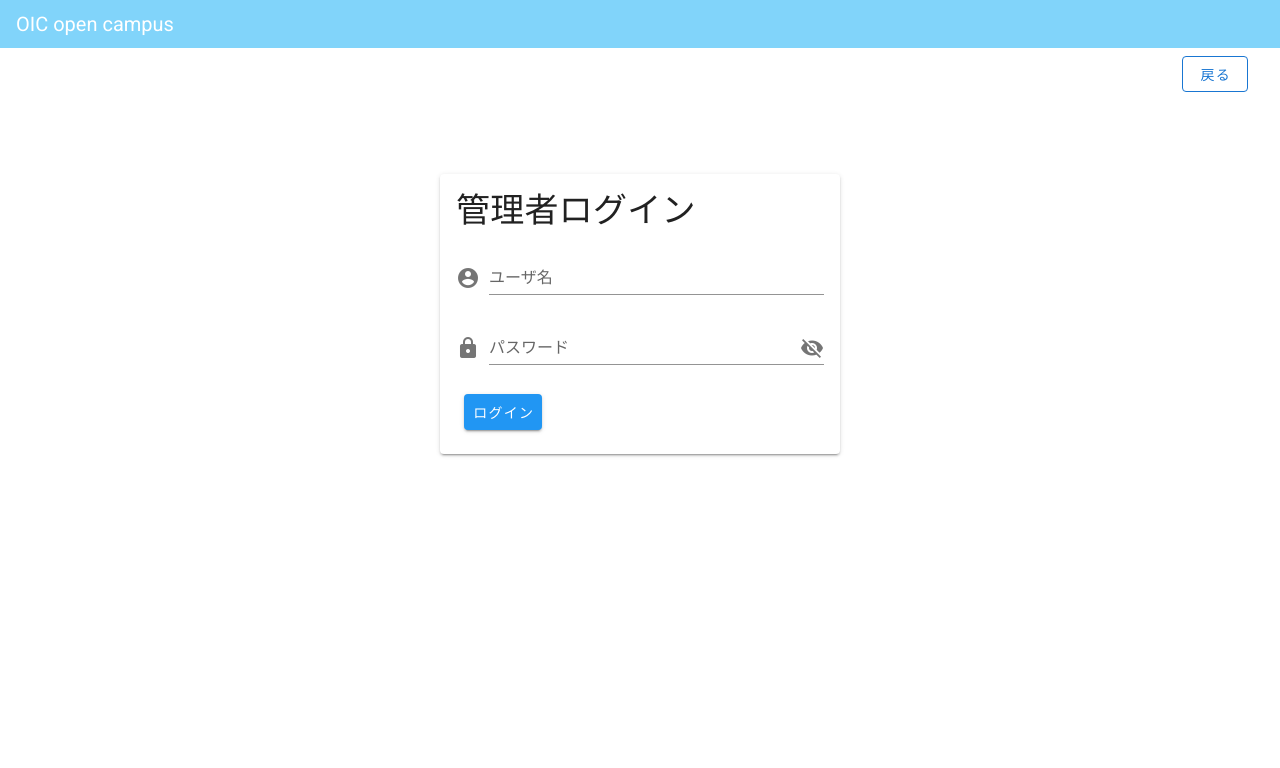
Repository: taniwhy/open-campus-system
Page: /#/login (app in client_view/)
These files come from the project's save history. The page is drawn as it stood at one moment and after the next save; the edit follows.
The browser window is 1280 px wide. The pictures show the whole page.
The project was rebuilt for these pictures with package versions that can differ from the ones it lists, and the page was loaded fresh each time. Also part of the build but not shown: client_view/vue.config.js, client_view/src/components/Home.vue, client_view/src/components/Branch.vue, client_view/src/components/Register.vue.

Above is the page before, as saved 2019-11-28 10:54:51.

After the next save:
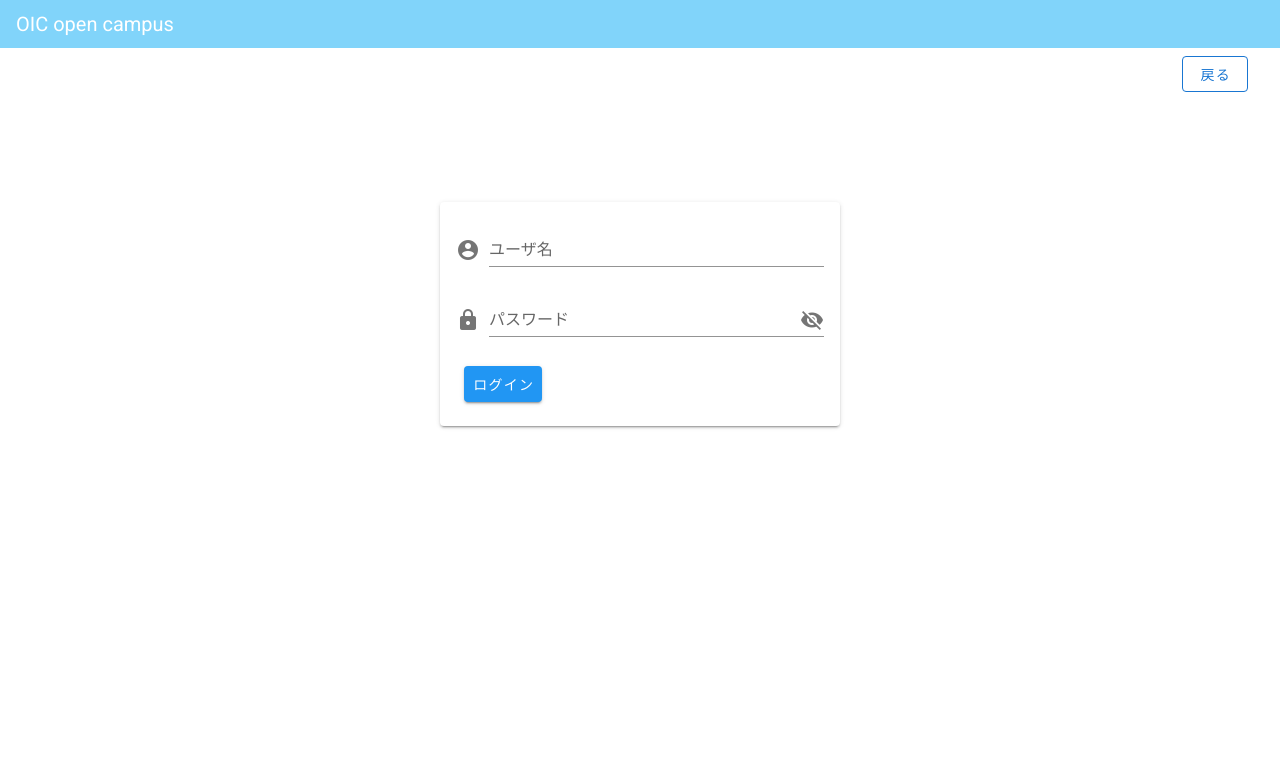
Saved 80 s later.
--- a/client_view/src/components/Login.vue
+++ b/client_view/src/components/Login.vue
@@ -14,9 +14,6 @@
         <v-col>
           <v-row >
             <v-card width="400px" class="mx-auto mt-5">
-              <v-card-title>
-                <h1 class="display-1">管理者ログイン</h1>
-              </v-card-title>
               <v-card-text>
                 <v-form>
                   <v-text-field prepend-icon="mdi-account-circle" label="ユーザ名" />
